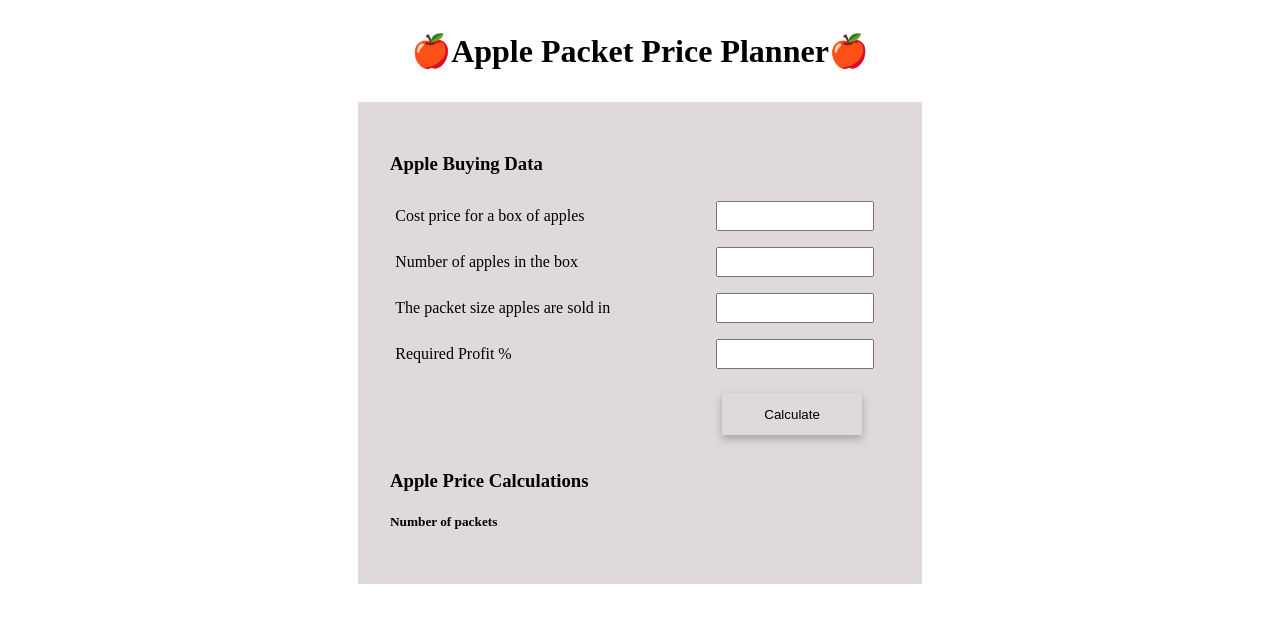
Repository: lasity34/apple-packet-price-planner
Page: index.html
These files come from the project's save history. The page is drawn as it stood at one moment and after the next save; the edit follows.
The browser window is 1280 px wide. The pictures show the whole page.

Above is the page before, as saved 2023-05-29 12:12:13.

### index.html
<!DOCTYPE html>
<html lang="en">
  <head>
    <meta charset="UTF-8" />
    <meta http-equiv="X-UA-Compatible" content="IE=edge" />
    <meta name="viewport" content="width=device-width, initial-scale=1.0" />
    <title>Apple Packet Price Planner</title>
    <link href="./style.css" rel="stylesheet" />
  </head>
  <body>
    <h1>🍎Apple Packet Price Planner🍎</h1>
    <main>
      <h3>Apple Buying Data</h3>
      <div class="data_input">
      <section class="input_section">
        <div class="input_container">
          <label for="apple_price">Cost price for a box of apples</label><br />
          <input
            type="number"
            id="apple_price"
            name="apple_price"
            required
          /><br />
        </div>
      </section>
      <section class="input_section">
        <div class="input_container">
          <label for="apple_num">Number of apples in the box</label><br />
          <input type="number" id="apple_num" name="apple_num" required /><br />
        </div>
      </section>
      <section class="input_section">
        <div class="input_container">
          <label for="packet_size">The packet size apples are sold in</label><br />
          <input type="number" id="packet_size" name="packet_size" required /><br />
        </div>
      </section>
      <section class="input_section">
        <div class="input_container">
          <label for="profit_required">Required Profit %</label><br />
          <input type="number" id="profit_required" name="profit_required" required /><br />
        </div>
      </section>
      <div class="btn_container">
        <div></div>
        <button class="calculate_btn">Calculate</button>
      </div>
    </div>
   <section class="data_display">
    <h3>Apple Price Calculations</h3>
    <div class="data_container">
      <h5>Number of packets</h5>
      <h5 class="packets_display"></h5>
    </div>
   </section>
    </main>
  </body>
  <script src="./apple-factory.js"></script>
  <script src="./apple-dom.js"></script>
</html>

### style.css

h1 {
    text-align: center;
    margin: 1em;
}

main {
    background-color: rgb(223, 217, 217);
    margin: 0 auto;
    padding: 2em;
    width: 70%;
    max-width: 500px;
}

.input_section {
    padding: 0.5em 0;
}

.input_container {
    display: flex;
    justify-content: space-around;
    height: 30px;
}

.input_container input {
    width: 30%;
}

.input_container label {
    width: 60%;
   align-self: center;
}

.btn_container {
    display: flex;
    justify-content: space-around;
    padding: 1em;

}

.btn_container div {
    width: 60%;
}

.calculate_btn {
    background-color: rgb(223, 217, 217);
    width: 30%;
    padding: 1em;
    border: none;
    box-shadow: 0px 4px 8px rgba(0, 0, 0, 0.25);
}

### apple-factory.js


function apple_factory(price, num, size, profit) {

    let apple_cost_price = price || 0;
    let num_apples = num || 0;
    let packet_size = size || 0;
    let profit_required = profit || 0;

    function apple_price(price) {
        apple_cost_price = price
    }

     function apple_count(num) {
        num_apples = num
     }

     function apple_size(packet) {
        packet_size = packet
     }

     function profit_input(input) {
        profit_required = input
     }

    function apples_price_length() {
        return apple_cost_price
    }

    function apple_count_length() {
        return num_apples
    }

    function apple_size_length() {
        return packet_size
    }

    function profit_required_length() {
        return profit_required
    }

    function number_of_packets() {
        const num_packets = Math.floor( num_apples / packet_size)
        return num_packets
    }

    return {
        apple_price,
        apples_price_length,
        apple_count,
        apple_count_length,
        apple_size,
        apple_size_length,
        profit_input,
        profit_required_length,
        number_of_packets


    }
}

### apple-dom.js
const calculate_btn = document.querySelector(".calculate_btn");
const apple_cost_input = document.getElementById("apple_price").value;
const apple_num_input = document.getElementById("apple_num").value;
const packet_size_input = document.getElementById("packet_size").value;
const profit_required_input = document.getElementById("profit_required").value;




const apple_fact = apple_factory(apple_cost_input, apple_num_input, packet_size_input, profit_required_input);

function apple_dom() {



}

calculate_btn.addEventListener("click", apple_dom);

After the next save:
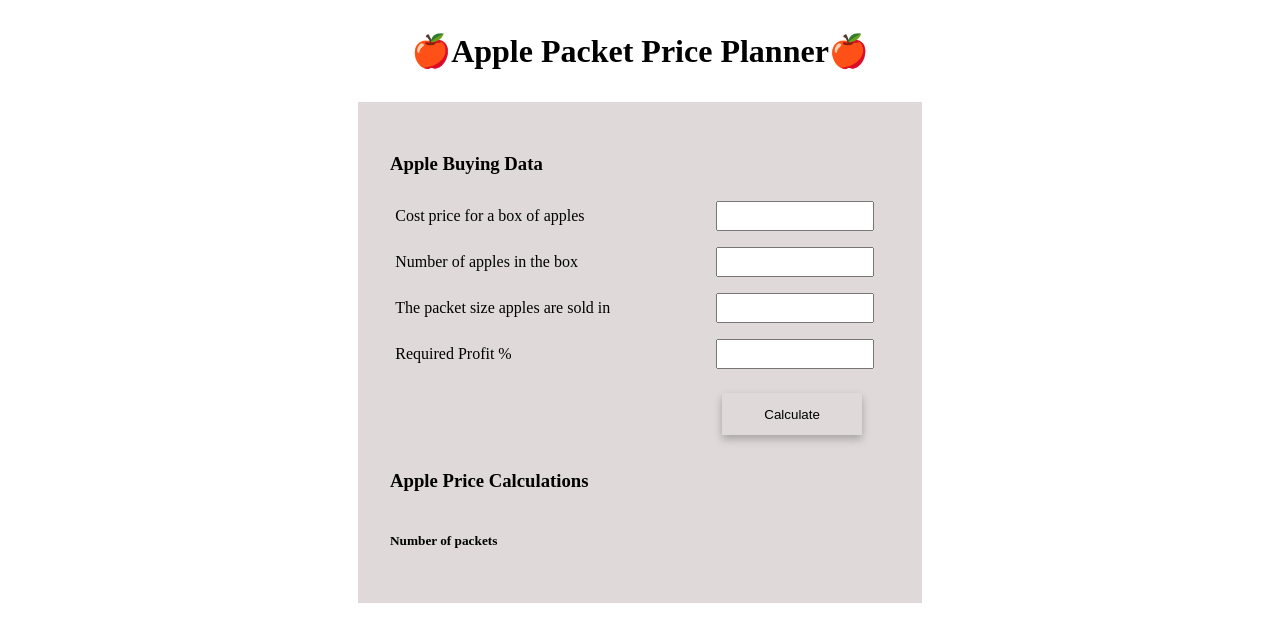
Saved 16 s later.
--- a/style.css
+++ b/style.css
@@ -49,3 +49,7 @@ main {
     border: none;
     box-shadow: 0px 4px 8px rgba(0, 0, 0, 0.25);
 }
+
+.data_container {
+    display: flex;
+}
